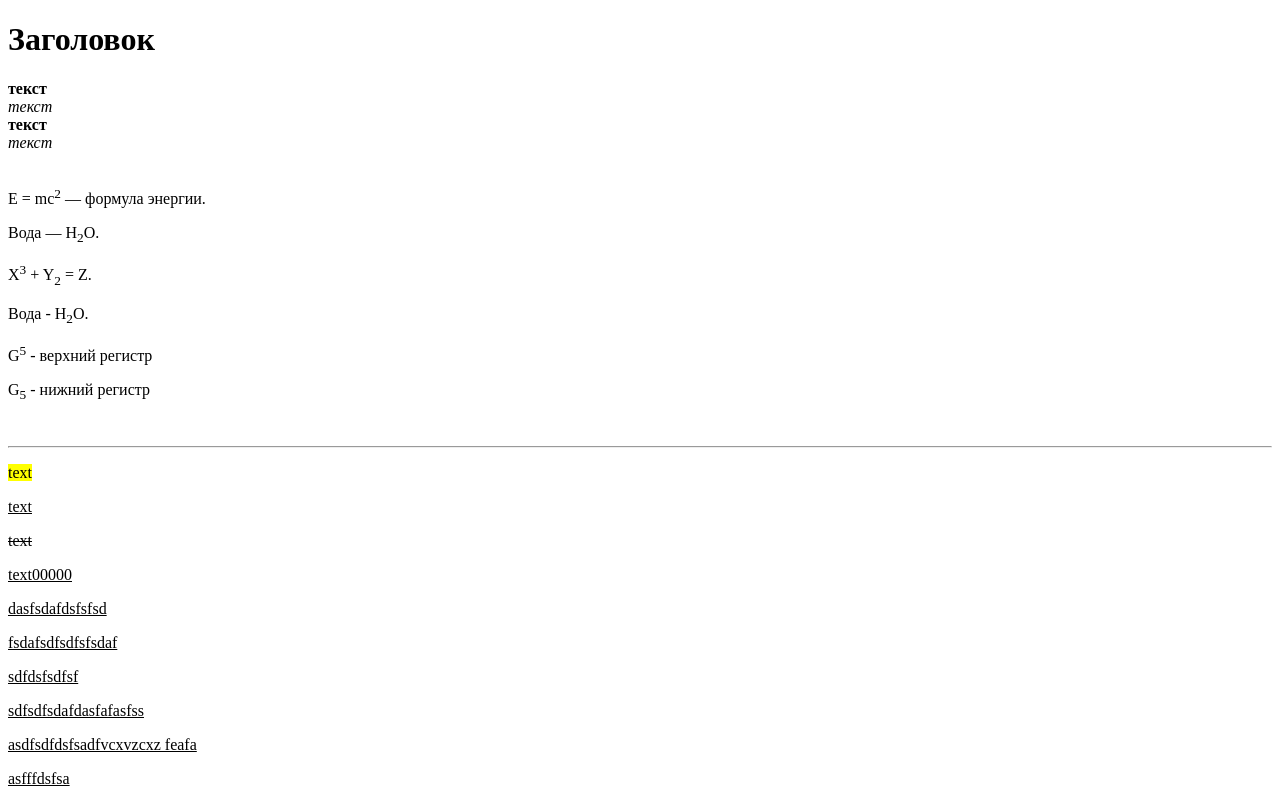
Repository: sannikovcode/exercises-a1
Page: JS/test1/task4/index.html
These files come from the project's save history. The page is drawn as it stood at one moment and after the next save; the edit follows.
The browser window is 1280 px wide. The pictures show the whole page.

Above is the page before, as saved 2025-10-16 15:24:10.

### JS/test1/task4/index.html
<!DOCTYPE html>
<html lang="en">

<head>
    <meta charset="UTF-8">
    <meta name="viewport" content="width=device-width, initial-scale=1.0">
    <title>88</title>
</head>

<body>
    <h1>Заголовок</h1>
    <div><strong>текст</strong></div>
    <div><em>текст</em></div>
    <div><b>текст</b></div>
    <div><i>текст</i></div>

    <br>
    <p>E = mc<sup>2</sup> — формула энергии.</p>
    <p>Вода — H<sub>2</sub>O.</p>
    <p>X<sup>3</sup> + Y<sub>2</sub> = Z.</p>
    <p>Вода - H<sub>2</sub>O.</p>

    <p>G<sup>5</sup> - верхний регистр</p>
    <p>G<sub>5</sub> - нижний регистр</p>



    <br>

    <hr>

    <p><mark>text</mark></p>
    <p><ins>text</ins></p>
    <p><del>text</del></p>




    <p><ins>text00000</ins></p>


    <p><ins>dasfsdafdsfsfsd</ins></p>



    <p><ins>fsdafsdfsdfsfsdaf</ins></p>


    <p><ins>sdfdsfsdfsf</ins></p>



    <p><ins>sdfsdfsdafdasfafasfss</ins></p>



    <p><ins>asdfsdfdsfsadfvcxvzcxz feafa</ins></p>



    <p><ins>asfffdsfsa</ins></p>



















</body>

</html>

After the next save:
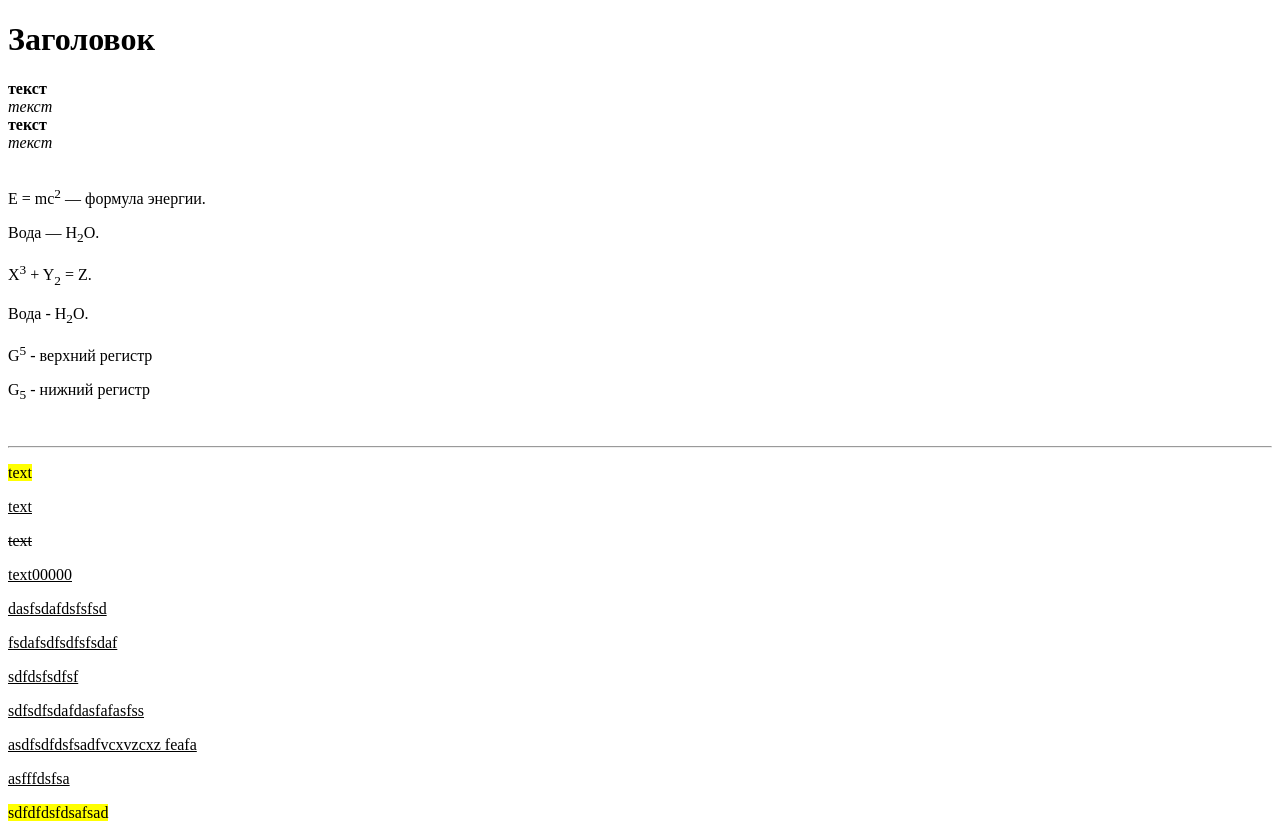
Saved 19 s later.
--- a/JS/test1/task4/index.html
+++ b/JS/test1/task4/index.html
@@ -61,6 +61,9 @@
     <p><ins>asfffdsfsa</ins></p>
 
 
+    <p><mark>sdfdfdsfdsafsad</mark></p>
+
+
 
 
 
